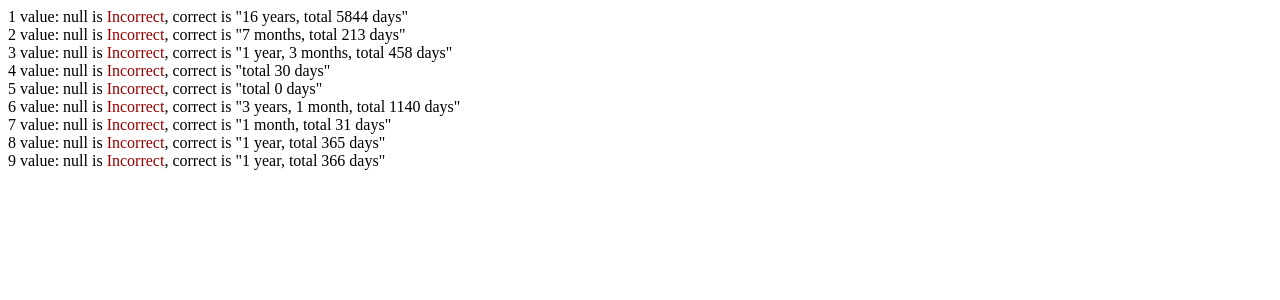
Repository: jamieking1996/tech-assessment-int
Page: index.html
The author's editor kept a copy of each file at every save. The page is drawn from the files as they stood at one save, then again after the next save.
The browser window is 1280 px wide. The pictures show the whole page.

Above is the page before, as saved 2021-08-09 10:32:06.

After the next save:
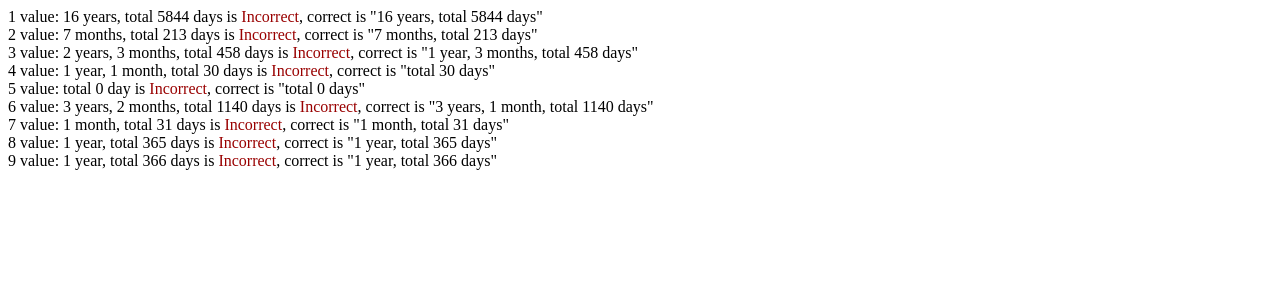
Saved 2 min 28 s later.
--- a/main.js
+++ b/main.js
@@ -30,5 +30,57 @@ const dates = [
 
 // Receive string of dates one after each other
 function outputDate(dates) {
-    return null;
+  return getDiff(convertDateToCorrectFormat(dates[0]), convertDateToCorrectFormat(dates[1]));
 }
+
+function getDiff(d1, d2) {
+  if (!isBeforeDateBeforeAfterDate(d1, d2)) {
+    return new Error('First date is after second date.');
+  }
+  return `${yearDiff(d1, d2)} ${monthDifference(
+    d1,
+    d2
+  )} ${totalDayDiff(d1, d2)}`;
+}
+
+function convertDateToCorrectFormat(date) {
+  const splitDate = date.split('.');
+  return new Date(`${splitDate[2]}-${splitDate[1]}-${splitDate[0]}`);
+}
+
+function monthDifference(beforeDate, afterDate) {
+  const months = getNumberedMonthDifference(beforeDate, afterDate);
+  return months <= 0 ? '' : `${months} ${pluralise(months, 'month')},`;
+}
+
+function getNumberedMonthDifference(beforeDate, afterDate) {
+  const monthOffset = beforeDate.getMonth() > afterDate.getMonth() ? 12 : 0;
+  return monthOffset - beforeDate.getMonth() + afterDate.getMonth();
+}
+
+function totalDayDiff(d1, d2) {
+  const differenceBetweenDatesInMiliSec = Math.floor(
+    d2.getTime() - d1.getTime()
+  );
+  const dayInMilliSeconds = 1000 * 60 * 60 * 24;
+  const days = Math.floor(
+    differenceBetweenDatesInMiliSec / dayInMilliSeconds
+  );
+  return `total ${days} ${pluralise(days, 'day')}`;
+}
+
+function yearDiff(d1, d2) {
+  const years = d2.getFullYear() - d1.getFullYear();
+  return years > 0 ? `${years} ${pluralise(years, 'year')},` : '';
+}
+
+function pluralise(count, word) {
+  return count > 1 ? `${word}s` : word;
+}
+
+function isBeforeDateBeforeAfterDate(beforeDate, afterDate) {
+  if (beforeDate.getTime() <= afterDate.getTime()) {
+    return true;
+  }
+  return false;
+}
